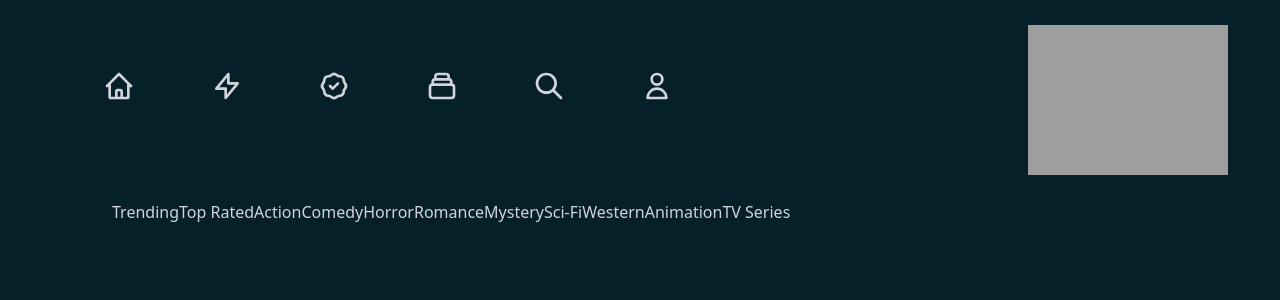
Repository: Delos-343/Hulu-2.0
Page: /
An editor plug-in stored every save of this project. The page is shown before and after the next save, followed by the edit.
The browser window is 1280 px wide. The pictures show the whole page.
Pictures or frames that could not be fetched are drawn as grey boxes. The project was rebuilt for these pictures with package versions that can differ from the ones it lists, and the page was loaded fresh each time. The framework's server and built-in components were replaced by stand-ins that run in the browser. Also part of the build but not shown: next.config.js.

Above is the page before, as saved 2022-04-07 05:43:44.

After the next save:
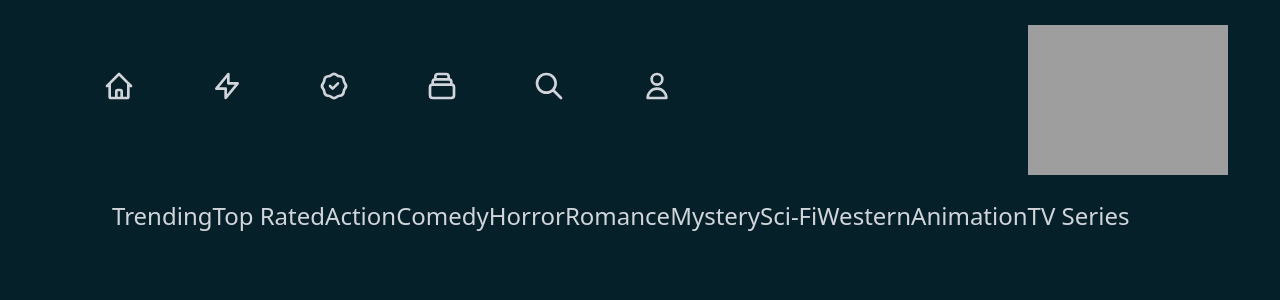
Saved 24 s later.
--- a/components/Nav.jsx
+++ b/components/Nav.jsx
@@ -4,7 +4,7 @@ import req from '../utils/requests'
 function Nav() {
   return (
     <nav>
-        <div className='flex px-10 sm:px-20'>
+        <div className='flex px-10 sm:px-20 text-2xl whitespace-nowrap'>
           {Object.entries(req).map(([key, { title, url }]) => (
             <h2 key={key}
                 className='cursor-pointer transition duration-100
